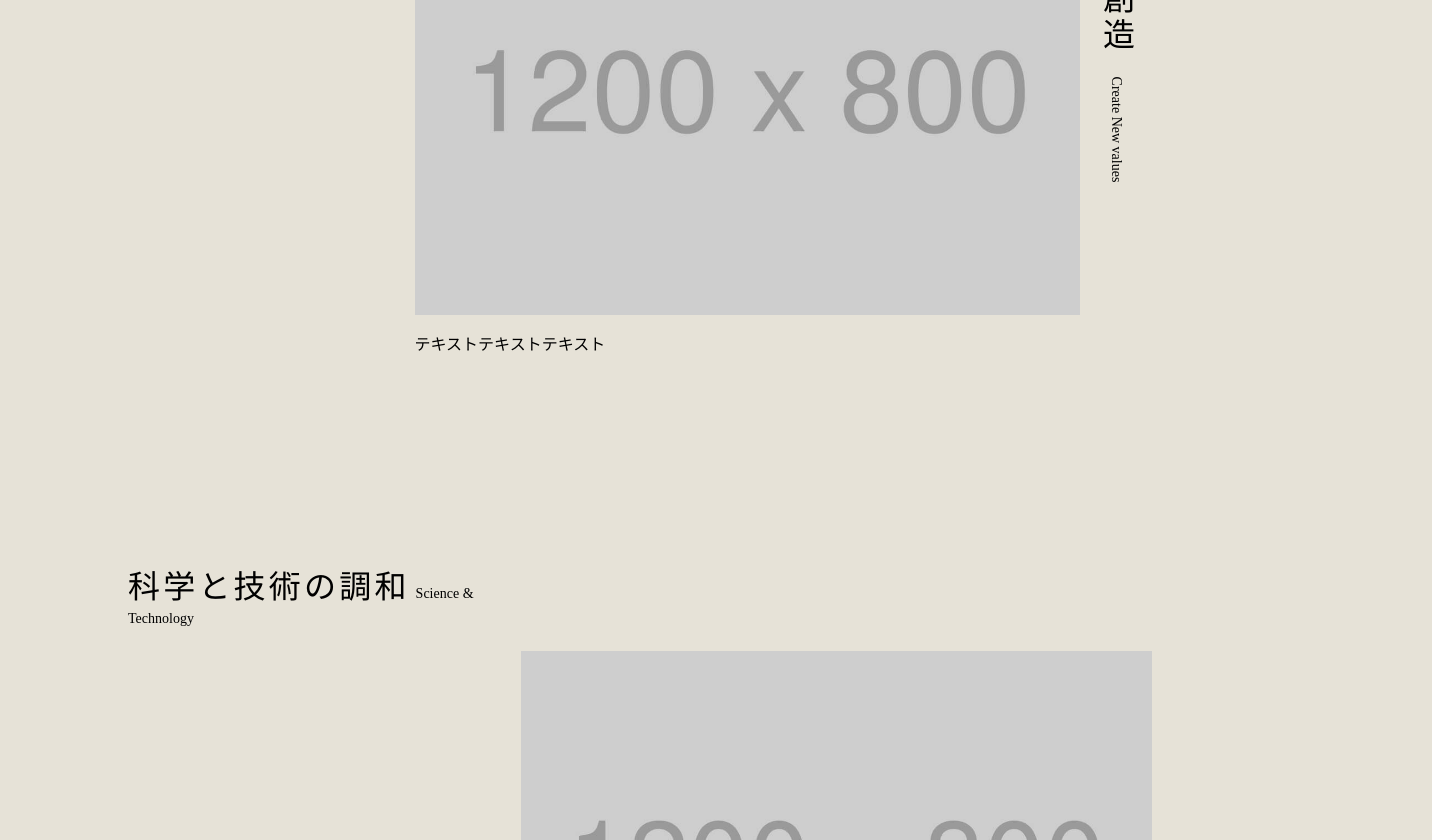
Repository: Fuki-san/wagashi
Page: http://localhost/wagashi
The author's editor kept a copy of each file at every save. The page is drawn from the files as they stood at one save, then again after the next save.
The browser window is 1280 px wide. The page is 1432 px wide, so the pictures cover 1432 px, including what lies to the right of the window. The pictures show the part of the page from y = 1779 to 2619 px (the page is 3930 px tall before and 3818 px after).
The page is served by the project's Laravel application, run on PHP 8.4 with Laravel 10. Other server files are loaded and not shown.

Above is the page before, as saved 2023-12-09 16:43:03.

### routes/web.php
<?php

use Illuminate\Support\Facades\Route;
use Spatie\FlareClient\View;

/*
|--------------------------------------------------------------------------
| Web Routes
|--------------------------------------------------------------------------
|
| Here is where you can register web routes for your application. These
| routes are loaded by the RouteServiceProvider and all of them will
| be assigned to the "web" middleware group. Make something great!
|
*/

Route::get('/', function () {
    return view('welcome');
});

Route::get('wagashi', function() {
    return View('wagashi');
})->name('wagashi');

### resources/views/wagashi.blade.php
@extends('layouts.main')

@section('title', 'wagashi')

@section('content')
    <header id="header">
        <h1 class="site-title"><a href="#"><img src="img/logo.svg" alt=""></a></h1>
        <nav id="nav">
            <ul>
                <li><a href="#news">お知らせ</a></li>
                <li><a href="#products1">商品のご紹介</a></li>
                <li><a href="#shop">店舗のご案内</a></li>
            </ul>
        </nav>

        <div class="onlinestore">
            <a href="#" target="_blank" rel="noopener noreferrer">オンラインストアで見る</a>
        </div>
    </header>

    <main>
        <section id="news" class="wrapper">
                <h2 class="sec-title">
                    <span class="en">News</span>
                    <span class="ja">お知らせ</span>
                </h2>
                <dl class="list">
                    <dt>2021.01.01</dt>
                    <dd>タイトルタイトルタイトル</dd>
                    <dt>2021.01.01</dt>
                    <dd>タイトルタイトルタイトル</dd>
                    <dt>2021.01.01</dt>
                    <dd>タイトルタイトルタイトル</dd>
                    <dt>2021.01.01</dt>
                    <dd>タイトルタイトルタイトル</dd>
                    <dt>2021.01.01</dt>
                    <dd>タイトルタイトルタイトル</dd>
                </dl>
        </section>

        <section id="products1" class="wrapper products">
                <h2 class="sec-title">
                    <span class="ja">新しい価値の創造</span>
                    <span class="en">Create New values</span>
                </h2>
                <div class="img">
                    <img src="img/products1.jpg" alt="">
                    <p class="text">テキストテキストテキスト</p>
                </div>
        </section>

        <section id="products2" class="wrapper products">
                <h2 class="sec-title">
                    <span class="ja">科学と技術の調和</span>
                    <span class="en">Science & Technology</span>
                </h2>
                <div class="img">
                    <img src="img/products2.jpg" alt="">
                    <p class="text">テキストテキストテキスト</p>
                </div>
        </section>

        <div id="shop">
            <iframe
                src="https://www.google.com/maps/embed?pb=!1m18!1m12!1m3!1d3239.6566078781802!2d139.80812547512744!3d35.710067028390604!2m3!1f0!2f0!3f0!3m2!1i1024!2i768!4f13.1!3m3!1m2!1s0x60188ed0d12f9adf%3A0x7d1d4fb31f43f72a!2z5p2x5Lqs44K544Kr44Kk44OE44Oq44O8!5e0!3m2!1sja!2sjp!4v1702090119178!5m2!1sja!2sjp"
                width="600" height="450" style="border:0;" allowfullscreen="" loading="lazy"
                referrerpolicy="no-referrer-when-downgrade" width="100%"></iframe>
        </div>
    </main>

    <footer id="footer">
        <div class="flex">
            <div class="left">
                <p><a href="#">オンラインストアで見る</a> | <a href="#">お問い合わせ</a></p>
            </div>
            <div class="right">
                <div class="logo"><img src="img/logo.svg" alt=""></div>
                <p class="info">
                    〒06-0032...<br>
                    電話: <a href="tel:03///"></a></p>
                <ul class="menu">
                    <li><a href="#news">お知らせ</a></li>
                    <li><a href="#products1">商品のご紹介</a></li>
                    <li><a href="#shop">店舗のご案内</a></li>
                </ul>
            </div>
        </div>
        <p class="cpright">&copy; SOUSAKU</p>
    </footer>
@endsection

### resources/views/layouts/main.blade.php
<!DOCTYPE html>
<html lang="ja">
<head>
    <meta charset="UTF-8">
    <meta name="viewport" content="width=device-width, initial-scale=1.0">
    <meta http-equiv="X-UA-Compatible" content="ie=edge">
    <link rel="stylesheet" href="{{ asset('css/reset.css') }}">
    <link rel="stylesheet" href="{{ asset('css/style.css') }}">
    <link rel="icon" href="img/favicon.ico">
    <title>@yield('title')</title>
</head>
<body>
    @yield('content')
</body>
</html>

### public/css/style.css
@charset "UTF-8";
html{
    font-size: 100%;
}
body{
    color: #000;
    font-family: 'Noto serif JP', serif;
    background-color: #e6e2d7;
}
img{
    max-width: 100%;
    vertical-align: bottom;
}
a{
    text-decoration: none;
    color: #fff;
}
li{
    list-style: none;
}

.site-title a{
    display: block;
}

.site-title{
    line-height: 1px;
    margin-left: 60px;
}

.site-title img{
    width: 40px;
}
.wrapper{
    width: 100%;
    max-width: 1024px;
    margin: 0 auto;
    padding: 0 20px;
}
/* headerr */

#header{
    height: 100vh;
    width: 100%;
    background-image: url(../img/mainvisual-pc.jpg);
    background-position: top center;
    background-size: cover;
    background-repeat: no-repeat;
    margin-bottom: 180px;
    padding: 60px 80px;

    position: relative;

    writing-mode: vertical-rl;
    -ms-writing-mode: vertical-rl;
    -moz-writing-mode: vertical-rl;
    -webkit-writing-mode: vertical-rl;
}
#header .onlinestore{
    position: absolute;
    bottom: 30px;
    left: 40px;
    background-color: rgba(255, 255, 255, 0.2);
    padding: 8px;
}
.onlinestore a{
    display: block;
    border: 1px solid #ccc;
    padding: 30px 18px;
}
#header a:hover{
    opacity: 0.7;
}
#header #nav li{
    margin-left: 25px;
}

/* newsss */

#news{
    margin-bottom: 180px;
    display: flex;
    flex-direction: row-reverse;
}
#news .sec-title{
    writing-mode: vertical-rl;
    -moz-writing-mode: vertical-rl;
    -webkit-writng-mode: vertical-rl;
    -ms-wrinting-mode: tb-rl;

    font-weight: normal;
    line-height: 1;
    /* margin-left: 50px; */
}
#news .sec-title .en{
    display: block;
    font-size: 0.875rem;
    margin-left: 15px;
}
#news .sec-title .ja{
    display: block;
    font-size: 2.25rem;
    letter-spacing: 0.1em;
}
#news .list{
    writing-mode: vertical-rl;
    -moz-writing-mode: vertical-rl;
    -webkit-writng-mode: vertical-rl;
    -ms-wrinting-mode: tb-rl;
    padding: 80px 100px 0 0;
}
#news .list dt{
    border-right: solid 1px #000;
    font-size: 0.75rem;
    padding: 15px 30px 15px 5px;
}
#news .list dd{
    padding: 15px 0 15px 30px;
}

#news .list dd:last-child{
    border-left: solid 1px #000;
}

/* produ */
.products{
    display: flex;
    margin-bottom: 180px;
}
.products .sec-title{
    line-height: 1;
    font-weight: normal;
}
.products .ja{
    font-size: 2rem;
    letter-spacing: 0.1em;
    margin-bottom: 18px;
}
.products .en{
    font-size: 0.875rem;
}
.products .img{
    width: 65%;
    margin-top: 100px;
    position: relative;
}

#products .text{
    background-color: rgba(255, 255, 0, 0.5);
    padding: 20px;
    position: absolute;
    bottom: -15px;
    left: -15px;

    color: #fff;
}

#products1{
    flex-direction: row-reverse;
}
#products1 .sec-title{
    writing-mode: vertical-rl;
    -moz-writing-mode: vertical-rl;
    -webkit-writng-mode: vertical-rl;
    -ms-wrinting-mode: tb-rl;

}

### public/img/logo.svg
<?xml version="1.0" encoding="utf-8"?>
<!-- Generator: Adobe Illustrator 15.1.0, SVG Export Plug-In . SVG Version: 6.00 Build 0)  -->
<!DOCTYPE svg PUBLIC "-//W3C//DTD SVG 1.1//EN" "http://www.w3.org/Graphics/SVG/1.1/DTD/svg11.dtd">
<svg version="1.1" id="レイヤー_1" xmlns="http://www.w3.org/2000/svg" xmlns:xlink="http://www.w3.org/1999/xlink" x="0px"
	 y="0px" width="57.4775391px" height="131.578125px" viewBox="0 0 57.4775391 131.578125"
	 style="enable-background:new 0 0 57.4775391 131.578125;" xml:space="preserve">
<style type="text/css">
<![CDATA[
	.st0{fill:#FFFFFF;}
]]>
</style>
<g>
	<path class="st0" d="M28.3789063,35.8789063l6.5400391,4.859375c-0.3603516,0.4804688-1.2001953,1.0800781-2.3398438,1.2607422
		v12.0595703c-0.0605469,0.359375-3.4199219,1.5-5.5195313,1.5h-1.0800781v-3.6601563H15.2998047v2.6992188
		c0,0.4208984-1.9199219,1.8007813-5.1601563,1.8007813H9.0595703v-10.5
		c-1.7392578,3.2402344-4.2597656,6.2998047-7.9189453,8.8798828l-0.6005859-0.6005859c5.5205078-8.21875,6-18.4785156,6-26.7587891
		v-9.1191406c-1.9199219,1.3798828-3.9599609,2.5800781-6.0595703,3.6591797L0,21.4199219
		C6.1796875,15.6601563,11.3994141,6.4199219,13.5,0l9.7197266,1.9804688
		c-0.2402344,0.7197266-0.7802734,1.0800781-2.3398438,1.3193359c20.5185547,3.7207031,13.3789063,15.9599609,7.9189453,11.8798828
		c-0.9599609-3.4199219-4.0195313-7.9794922-8.5195313-11.2792969c-2.0400391,3.1796875-4.7392578,6.5390625-7.9794922,9.6591797
		H19.5l2.9990234-3.8398438c0,0,3.4804688,2.6396484,5.5800781,4.5595703
		c-0.1796875,0.6601563-0.7802734,0.9609375-1.6201172,0.9609375H11.7001953l-0.2402344-0.9003906
		c-1.1396484,1.0195313-2.3398438,2.0400391-3.5400391,2.9394531l6,2.2207031h10.9189453l3.0605469-3.3603516L34.4384766,21
		c-0.359375,0.4794922-1.2597656,1.0195313-2.4599609,1.3193359v11.9394531
		c-0.0595703,0.3603516-3.359375,1.5605469-5.4589844,1.5605469h-1.0800781v-1.8007813H12.5400391
		C12.4199219,35.21875,12.2402344,36.4189453,12,37.6787109l4.0800781,1.5595703h9.2988281L28.3789063,35.8789063z
		 M25.4394531,32.3388672v-4.6796875H12.8994141c0,1.4404297-0.0595703,3-0.1796875,4.6796875H25.4394531z M12.8994141,21.1796875
		v4.7998047h12.5400391v-4.7998047H12.8994141z M25.9794922,50.1582031v-9.2392578H15.2998047v9.2392578H25.9794922z
		 M43.2587891,41.7587891c0,0.6601563-2.6396484,1.859375-4.9199219,1.859375h-1.1396484V5.2197266L45.2988281,6
		c-0.1201172,0.7802734-0.6005859,1.3203125-2.0400391,1.5605469V41.7587891z M56.7578125,2.1005859
		C56.578125,3,55.9785156,3.6005859,54.5380859,3.7802734v44.8183594c0,4.6796875-0.9599609,7.3193359-8.4599609,8.0390625
		c-0.1796875-2.0996094-0.4794922-3.6591797-1.3798828-4.7392578c-0.9599609-1.0205078-2.2197266-1.7998047-5.0996094-2.2197266
		v-0.8408203c0,0,5.9394531,0.3603516,7.2001953,0.3603516c0.9599609,0,1.2597656-0.2998047,1.2597656-1.0800781V1.2001953
		L56.7578125,2.1005859z"/>
	<path class="st0" d="M17.4599609,94.0800781c-0.1806641,0.5390625-0.7207031,0.9589844-1.8603516,1.1992188v34.2587891
		c-0.1201172,0.5400391-3,2.0400391-5.7597656,2.0400391H8.5195313v-31.3789063
		c-2.3994141,2.7597656-4.9794922,5.1601563-7.7392578,7.2001953l-0.7197266-0.5400391
		c5.3398438-7.5,10.9189453-19.6796875,13.9189453-31.6787109l9.5400391,3.1796875
		c-0.2998047,0.7802734-1.0800781,1.2597656-2.4003906,1.2001953c-2.0400391,4.859375-4.3798828,9.2988281-6.9589844,13.3193359
		L17.4599609,94.0800781z M39.9589844,89.7597656v11.0996094h4.7998047l3.6591797-4.7998047
		c0,0,4.140625,3.2998047,6.7197266,5.5800781c-0.1796875,0.6591797-0.8398438,0.9599609-1.6796875,0.9599609H39.9589844v11.3388672
		h5.1591797l4.0205078-5.2197266c0,0,4.4394531,3.5400391,7.1992188,5.9404297
		c-0.1796875,0.6591797-0.8398438,0.9599609-1.7402344,0.9599609H39.9589844v14.0390625
		c0,0.4199219-2.2207031,1.859375-5.9404297,1.859375h-1.3193359V89.7597656h-1.4404297
		c-3.8994141,5.8798828-8.3994141,10.6796875-13.4394531,14.2792969l-0.6601563-0.4794922
		c4.6201172-6.7802734,9.6601563-17.6992188,12.3603516-28.3193359l9.6591797,3.4199219
		c-0.2998047,0.7802734-1.0800781,1.2597656-2.4599609,1.1396484c-1.3798828,2.9404297-2.8203125,5.7597656-4.4394531,8.3398438
		h14.0996094l3.9589844-5.1591797c0,0,4.4404297,3.4794922,7.1396484,5.8193359
		c-0.1796875,0.6601563-0.8398438,0.9599609-1.6796875,0.9599609H39.9589844z"/>
</g>
</svg>

After the next save:
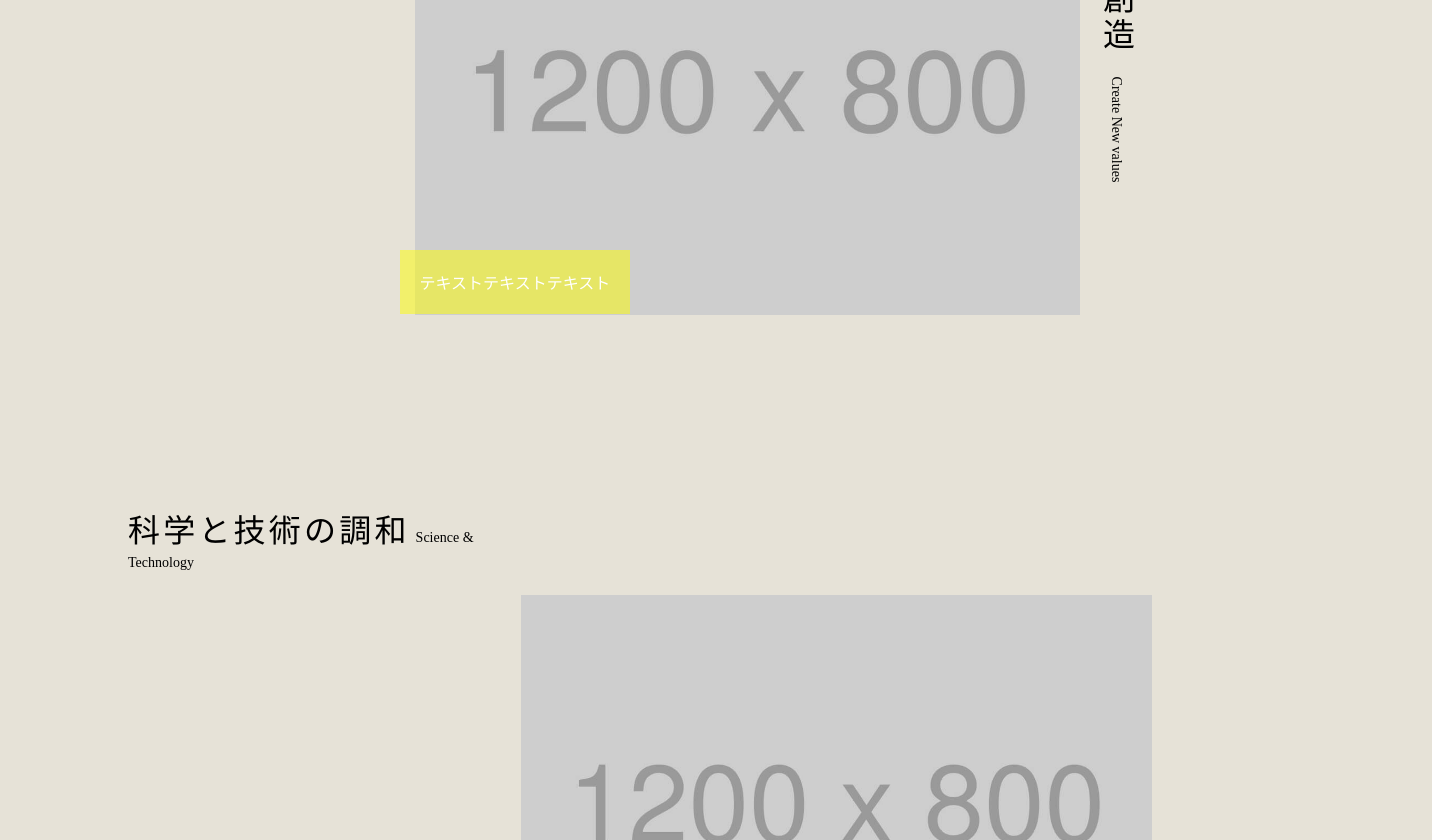
Saved 4 s later.
--- a/public/css/style.css
+++ b/public/css/style.css
@@ -145,7 +145,7 @@ li{
     position: relative;
 }
 
-#products .text{
+.products .text{
     background-color: rgba(255, 255, 0, 0.5);
     padding: 20px;
     position: absolute;
